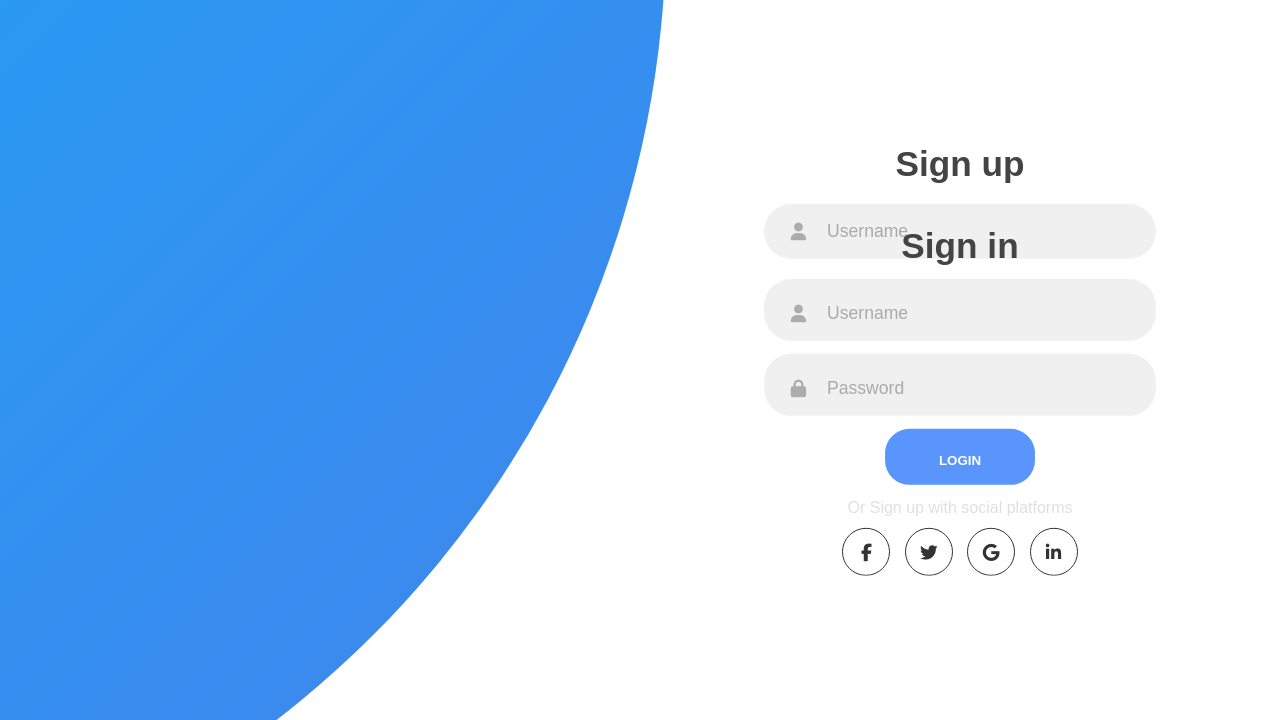
Repository: sarfaraz1611/NitteMovie.github.io
Page: login.html
The author's editor kept a copy of each file at every save. The page is drawn from the files as they stood at one save, then again after the next save.
The browser window is 1280 px wide. The pictures show the whole page.
Some web libraries are served in a nearby version.

Above is the page before, as saved 2022-07-15 23:31:56.

### login.html
<!DOCTYPE html>
<html lang="en">
  <head>
    <meta charset="UTF-8" />
    <meta name="viewport" content="width=device-width, initial-scale=1.0" />
    <script
      src="https://kit.fontawesome.com/64d58efce2.js"
      crossorigin="anonymous"
    ></script>
    <link rel="stylesheet" href="./assets/css/main.css" />
    <title>nittemovies</title>
  </head>
  <body>
    <div class="container">
      <div class="forms-container">
        <div class="signin-signup">
          <form action="#" class="sign-in-form">
            <h2 class="title">Sign in</h2>
            <div class="input-field">
              <i class="fas fa-user"></i>
              <input type="text" placeholder="Username" />
            </div>
            <div class="input-field">
              <i class="fas fa-lock"></i>
              <input type="password" placeholder="Password" />
            </div>
            <input type="submit" value="Login" class="btn solid" />

            <!-- <p class="social-text">Or Sign in with social platforms</p>
            <div class="social-media">
              <a href="#" class="social-icon">
                <i class="fab fa-facebook-f"></i>
              </a>
              <a href="#" class="social-icon">
                <i class="fab fa-twitter"></i>
              </a>
              <a href="#" class="social-icon">
                <i class="fab fa-google"></i>
              </a>
              <a href="#" class="social-icon">
                <i class="fab fa-linkedin-in"></i>
              </a>
            </div> -->
          </form>
          <form action="#" class="">
            <h2 class="title">Sign up</h2>
            <div class="input-field">
              <i class="fas fa-user"></i>
              <input type="text" placeholder="Username" />
            </div>
            <div class="input-field">
              <i class="fas fa-envelope"></i>
              <input type="email" placeholder="Email" />
            </div>
            <div class="input-field">
              <i class="fas fa-lock"></i>
              <input type="password" placeholder="Password" />
            </div>
            <input type="submit" class="btn" value="Sign up" />
            <p class="social-text">Or Sign up with social platforms</p>
            <div class="social-media">
              <a href="#" class="social-icon">
                <i class="fab fa-facebook-f"></i>
              </a>
              <a href="#" class="social-icon">
                <i class="fab fa-twitter"></i>
              </a>
              <a href="#" class="social-icon">
                <i class="fab fa-google"></i>
              </a>
              <a href="#" class="social-icon">
                <i class="fab fa-linkedin-in"></i>
              </a>
            </div>
          </form>
        </div>
      </div>

      <div class="panels-container">
        <div class="panel left-panel">
          <div class="content">




          </div>
                </div>


      </div>
    </div>


  </body>
</html>

### assets/css/main.css
:root {
  --live-indicator-shadow: hsla(0, 79%, 63%, 0.5);
  --rich-black-fogra-30:   hsl(219, 32%, 10%);
  --rich-black-fogra-29:   hsl(222, 25%, 10%);
  --oxford-blue-50:        hsla(218, 39%, 14%, 0.8);
  --oxford-blue:           hsl(218, 39%, 14%);
  --light-azure:           hsl(214, 84%, 56%);
  --off-white:             hsl(0, 0%, 88%);
  --white:                 hsl(0, 0%, 100%);
  --azure:                 hsl(211, 100%, 50%);



  --ff-inter: "Inter", sans-serif;

  --section-heading: 40px;



  --px: 50px;

}
@media only screen and (max-width: 1026px) {
  .banner {
      display: none;
  }
}



* {
  margin: 0;
  padding: 0;
  transition: all 0.5s ease;
}

h1, h2, h3, h4, h5, h6 { color: var(--white); }

html { font-family: var(--ff-inter); }

body {
  background: var(--rich-black-fogra-29);
  color: var(--off-white);
}
img {
  display: block;
  width: 100%;
  height: 100%;
  object-fit: cover;
}
a {
  text-decoration: none;
  display: block;
  color: var(--off-white);
}

header, nav { background: var(--rich-black-fogra-29); }

.navbar,
.banner,
.movies,
.category {
  padding: 0 var(--px);
}




.container {
  max-width: 1440px;
  margin: auto;
}






.navbar {
  height: 100px;
  display:         flex;
  justify-content: space-between;
  align-items:     center;
}

.navbar-brand{width:251px;}




nav { margin-right: 250px; }

.navbar-nav { display: flex; }

.navbar-nav li{ margin-right: 60px; }

.navbar-link {
  font-size: var(--fs-sm);
  font-weight: var(--fw-5);
}

.navbar-link:hover { color: var(--light-azure); }




/* .navbar-signin {
  display:     flex;
  align-items: center;
  font-size: var(--fs-sm);
}



.navbar-signin:hover span { color: var(--light-azure); } */


.banner { margin-bottom: 60px; }

.banner-card {
  position: relative;
  height: 400px;
  overflow: hidden;
  border-radius: 20px;
  cursor: pointer;
}


.banner-img { object-position: top; }

.banner-card:hover .banner-img { transform: scale(1.1); }

.banner-card .card-content {
  position: absolute;
  right:  80px;
  bottom: 60px;
  left:   80px;
}

.banner-card .card-info {
  display:     flex;
  align-items: center;
  margin-bottom: 20px;
}

.banner-card .card-info div {
  display:     flex;
  align-items: center;
  margin-right: 20px;
}






.banner-card .card-title {
  font-size: 3em;
  color: var(--white);
  text-shadow: 2px 0 2px #0007;
}





.movies { margin-bottom: 60px; }








.movies-grid {
  display: grid;
  grid-template-columns: repeat(auto-fill, minmax(140px, 1fr));
  gap: 30px;
  margin-bottom: 60px;
}






.movie-card .card-head {
  position: relative;
  height: 250px;
  border-radius: 15px;
  margin-bottom: 15px;
  overflow: hidden;
}




.movie-card:hover .card-img { transform: scale(1.1); }





.movie-card .card-title {
  font-size: var(--fs-md);
  font-weight: var(--fw-5);
  margin-bottom: 5px;
}



.movie-card:hover .card-title { color: var(--light-azure); }




.movie-card .genre { margin-right: 8px; }
.play-card{
  padding-left:50px;
  padding-right:50px;
}








.category { margin-bottom: 60px; }

.category-grid {
  margin-top:25px;
  display: grid;
  grid-template-columns: repeat(4, 1fr);
  gap: 30px;
}

.category-card {
  position: relative;
  height: 150px;
  border-radius: 20px;
  overflow: hidden;
  cursor: pointer;
}



.category-card:hover .card-img { transform: scale(1.1); }

.category-card .name,
.category-card .total {
  position: absolute;
  bottom: 20px;
  color: var(--white);
  z-index: 20;
}

.category-card .name {
  left: 20px;
  font-size: 20px;
}



.category-card:hover .name { color: var(--light-azure); }



// login styles



@import url("https://fonts.googleapis.com/css2?family=Poppins:wght@200;300;400;500;600;700;800&display=swap");

* {
  margin: 0;
  padding: 0;
  box-sizing: border-box;
}

body,
input {
  font-family: "Poppins", sans-serif;
}

.container {
  position: relative;
  width: 100%;
  background-color: #fff;
  min-height: 100vh;
  overflow: hidden;
}

.forms-container {
  position: absolute;
  width: 100%;
  height: 100%;
  top: 0;
  left: 0;
}

.signin-signup {
  position: absolute;
  top: 50%;
  transform: translate(-50%, -50%);
  left: 75%;
  width: 50%;
  transition: 1s 0.7s ease-in-out;
  display: grid;
  grid-template-columns: 1fr;
  z-index: 5;
}

form {
  display: flex;
  align-items: center;
  justify-content: center;
  flex-direction: column;
  padding: 0rem 5rem;
  transition: all 0.2s 0.7s;
  overflow: hidden;
  grid-column: 1 / 2;
  grid-row: 1 / 2;
}

form.sign-up-form {
  opacity: 0;
  z-index: 1;
}

form.sign-in-form {
  z-index: 2;
}

.title {
  font-size: 2.2rem;
  color: #444;
  margin-bottom: 10px;
}

.input-field {
  max-width: 380px;
  width: 100%;
  background-color: #f0f0f0;
  margin: 10px 0;
  height: 55px;
  border-radius: 55px;
  display: grid;
  grid-template-columns: 15% 85%;
  padding: 0 0.4rem;
  position: relative;
}

.input-field i {
  text-align: center;
  line-height: 55px;
  color: #acacac;
  transition: 0.5s;
  font-size: 1.1rem;
}

.input-field input {
  background: none;
  outline: none;
  border: none;
  line-height: 1;
  font-weight: 600;
  font-size: 1.1rem;
  color: #333;
}

.input-field input::placeholder {
  color: #aaa;
  font-weight: 500;
}

.social-text {
  padding: 0.7rem 0;
  font-size: 1rem;
}

.social-media {
  display: flex;
  justify-content: center;
}

.social-icon {
  height: 46px;
  width: 46px;
  display: flex;
  justify-content: center;
  align-items: center;
  margin: 0 0.45rem;
  color: #333;
  border-radius: 50%;
  border: 1px solid #333;
  text-decoration: none;
  font-size: 1.1rem;
  transition: 0.3s;
}

.social-icon:hover {
  color: #4481eb;
  border-color: #4481eb;
}

.btn {
  width: 150px;
  background-color: #5995fd;
  border: none;
  outline: none;
  height: 49px;
  border-radius: 49px;
  color: #fff;
  text-transform: uppercase;
  font-weight: 600;
  margin: 10px 0;
  cursor: pointer;
  transition: 0.5s;
}

.btn:hover {
  background-color: #4d84e2;
}
.panels-container {
  position: absolute;
  height: 100%;
  width: 100%;
  top: 0;
  left: 0;
  display: grid;
  grid-template-columns: repeat(2, 1fr);
}

.container:before {
  content: "";
  position: absolute;
  height: 2000px;
  width: 2000px;
  top: -10%;
  right: 48%;
  transform: translateY(-50%);
  background-image: linear-gradient(-45deg, #4481eb 0%, #04befe 100%);
  transition: 1.8s ease-in-out;
  border-radius: 50%;
  z-index: 6;
}

.image {
  width: 100%;
  transition: transform 1.1s ease-in-out;
  transition-delay: 0.4s;
}

.panel {
  display: flex;
  flex-direction: column;
  align-items: flex-end;
  justify-content: space-around;
  text-align: center;
  z-index: 6;
}

.left-panel {
  pointer-events: all;
  padding: 3rem 17% 2rem 12%;
}

.right-panel {
  pointer-events: none;
  padding: 3rem 12% 2rem 17%;
}

.panel .content {
  color: #fff;
  transition: transform 0.9s ease-in-out;
  transition-delay: 0.6s;
}

.panel h3 {
  font-weight: 600;
  line-height: 1;
  font-size: 1.5rem;
}

.panel p {
  font-size: 0.95rem;
  padding: 0.7rem 0;
}

.btn.transparent {
  margin: 0;
  background: none;
  border: 2px solid #fff;
  width: 130px;
  height: 41px;
  font-weight: 600;
  font-size: 0.8rem;
}

.right-panel .image,
.right-panel .content {
  transform: translateX(800px);
}

/* ANIMATION */

.container.sign-up-mode:before {
  transform: translate(100%, -50%);
  right: 52%;
}

.container.sign-up-mode .left-panel .image,
.container.sign-up-mode .left-panel .content {
  transform: translateX(-800px);
}

.container.sign-up-mode .signin-signup {
  left: 25%;
}

.container.sign-up-mode form.sign-up-form {
  opacity: 1;
  z-index: 2;
}

.container.sign-up-mode form.sign-in-form {
  opacity: 0;
  z-index: 1;
}

.container.sign-up-mode .right-panel .image,
.container.sign-up-mode .right-panel .content {
  transform: translateX(0%);
}

.container.sign-up-mode .left-panel {
  pointer-events: none;
}

.container.sign-up-mode .right-panel {
  pointer-events: all;
}

@media (max-width: 870px) {
  .container {
    min-height: 800px;
    height: 100vh;
  }
  .signin-signup {
    width: 100%;
    top: 95%;
    transform: translate(-50%, -100%);
    transition: 1s 0.8s ease-in-out;
  }

  .signin-signup,
  .container.sign-up-mode .signin-signup {
    left: 50%;
  }

  .panels-container {
    grid-template-columns: 1fr;
    grid-template-rows: 1fr 2fr 1fr;
  }

  .panel {
    flex-direction: row;
    justify-content: space-around;
    align-items: center;
    padding: 2.5rem 8%;
    grid-column: 1 / 2;
  }

  .right-panel {
    grid-row: 3 / 4;
  }

  .left-panel {
    grid-row: 1 / 2;
  }

  .image {
    width: 200px;
    transition: transform 0.9s ease-in-out;
    transition-delay: 0.6s;
  }

  .panel .content {
    padding-right: 15%;
    transition: transform 0.9s ease-in-out;
    transition-delay: 0.8s;
  }

  .panel h3 {
    font-size: 1.2rem;
  }

  .panel p {
    font-size: 0.7rem;
    padding: 0.5rem 0;
  }

  .btn.transparent {
    width: 110px;
    height: 35px;
    font-size: 0.7rem;
  }

  .container:before {
    width: 1500px;
    height: 1500px;
    transform: translateX(-50%);
    left: 30%;
    bottom: 68%;
    right: initial;
    top: initial;
    transition: 2s ease-in-out;
  }

  .container.sign-up-mode:before {
    transform: translate(-50%, 100%);
    bottom: 32%;
    right: initial;
  }

  .container.sign-up-mode .left-panel .image,
  .container.sign-up-mode .left-panel .content {
    transform: translateY(-300px);
  }

  .container.sign-up-mode .right-panel .image,
  .container.sign-up-mode .right-panel .content {
    transform: translateY(0px);
  }

  .right-panel .image,
  .right-panel .content {
    transform: translateY(300px);
  }

  .container.sign-up-mode .signin-signup {
    top: 5%;
    transform: translate(-50%, 0);
  }
}

@media (max-width: 570px) {
  form {
    padding: 0 1.5rem;
  }

  .image {
    display: none;
  }
  .panel .content {
    padding: 0.5rem 1rem;
  }
  .container {
    padding: 1.5rem;
  }

  .container:before {
    bottom: 72%;
    left: 50%;
  }

  .container.sign-up-mode:before {
    bottom: 28%;
    left: 50%;
  }
}

After the next save:
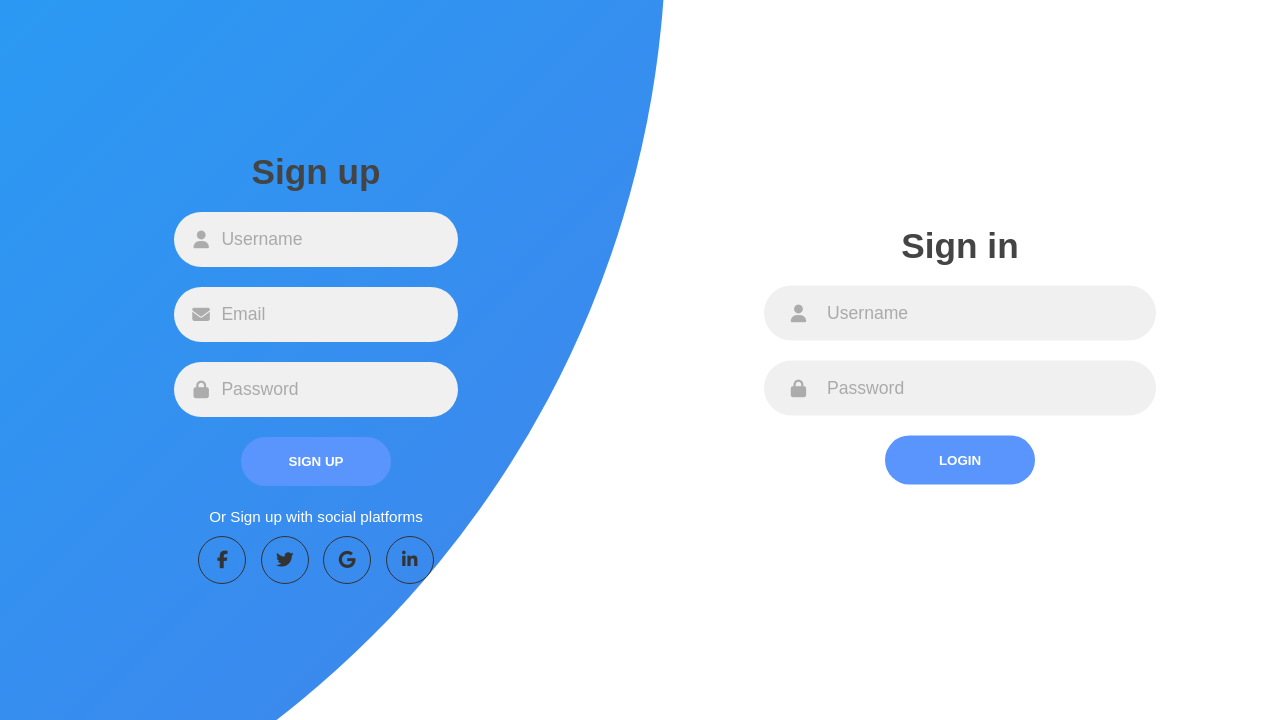
Saved 11 s later.
--- a/login.html
+++ b/login.html
@@ -42,44 +42,44 @@
               </a>
             </div> -->
           </form>
-          <form action="#" class="">
-            <h2 class="title">Sign up</h2>
-            <div class="input-field">
-              <i class="fas fa-user"></i>
-              <input type="text" placeholder="Username" />
-            </div>
-            <div class="input-field">
-              <i class="fas fa-envelope"></i>
-              <input type="email" placeholder="Email" />
-            </div>
-            <div class="input-field">
-              <i class="fas fa-lock"></i>
-              <input type="password" placeholder="Password" />
-            </div>
-            <input type="submit" class="btn" value="Sign up" />
-            <p class="social-text">Or Sign up with social platforms</p>
-            <div class="social-media">
-              <a href="#" class="social-icon">
-                <i class="fab fa-facebook-f"></i>
-              </a>
-              <a href="#" class="social-icon">
-                <i class="fab fa-twitter"></i>
-              </a>
-              <a href="#" class="social-icon">
-                <i class="fab fa-google"></i>
-              </a>
-              <a href="#" class="social-icon">
-                <i class="fab fa-linkedin-in"></i>
-              </a>
-            </div>
-          </form>
+
         </div>
       </div>
 
       <div class="panels-container">
         <div class="panel left-panel">
           <div class="content">
-
+            <form action="#" class="">
+                <h2 class="title">Sign up</h2>
+                <div class="input-field">
+                  <i class="fas fa-user"></i>
+                  <input type="text" placeholder="Username" />
+                </div>
+                <div class="input-field">
+                  <i class="fas fa-envelope"></i>
+                  <input type="email" placeholder="Email" />
+                </div>
+                <div class="input-field">
+                  <i class="fas fa-lock"></i>
+                  <input type="password" placeholder="Password" />
+                </div>
+                <input type="submit" class="btn" value="Sign up" />
+                <p class="social-text">Or Sign up with social platforms</p>
+                <div class="social-media">
+                  <a href="#" class="social-icon">
+                    <i class="fab fa-facebook-f"></i>
+                  </a>
+                  <a href="#" class="social-icon">
+                    <i class="fab fa-twitter"></i>
+                  </a>
+                  <a href="#" class="social-icon">
+                    <i class="fab fa-google"></i>
+                  </a>
+                  <a href="#" class="social-icon">
+                    <i class="fab fa-linkedin-in"></i>
+                  </a>
+                </div>
+              </form>
 
 
 
